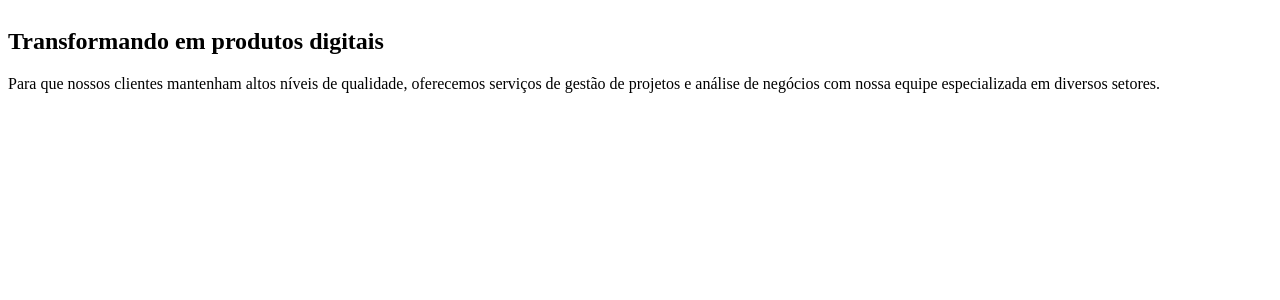
Repository: kleber-goncalves/Landing-Page-Gestao-de-projetos-dnc
Page: index.html
An editor plug-in stored every save of this project. The page is shown before and after a run of saves, followed by the edit.
The browser window is 1280 px wide. The pictures show the whole page.

Above is the page before, as saved 2025-01-04 14:27:56.

### index.html
<!DOCTYPE html>
<html lang="pt-br">
<head>
    <meta charset="UTF-8">
    <meta name="viewport" content="width=device-width, initial-scale=1.0">
    <link rel="stylesheet" href="style.css">
    <title>Document</title>
</head>
<body>
    <main>
        <section id="topo" >
            <div id="elemnt-topo">
                <h1>Transformando em produtos digitais</h1>
                <p>Para que nossos clientes mantenham altos níveis de qualidade, oferecemos serviços de gestão de projetos e análise de negócios com nossa equipe especializada em diversos setores.</p>
            </div>
        </section>
    </main>
</body>
</html>

### style.css
#topo {
    display:flex ;

}

After the next 5 saves:
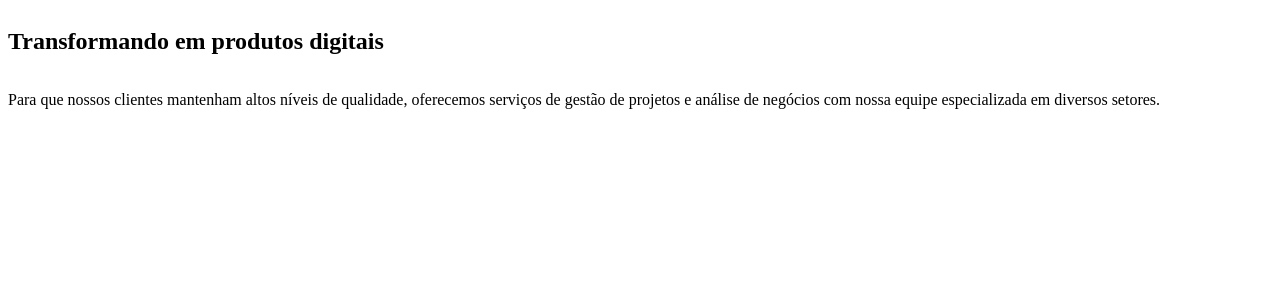
The 5 saves are shown as one change because they came seconds apart.
The last was saved 23 s later.
--- a/style.css
+++ b/style.css
@@ -1,4 +1,4 @@
-#topo {
+#elemnt-topo {
     display:flex ;
-
+    flex-direction: column;
 }

After the 3 saves that followed:
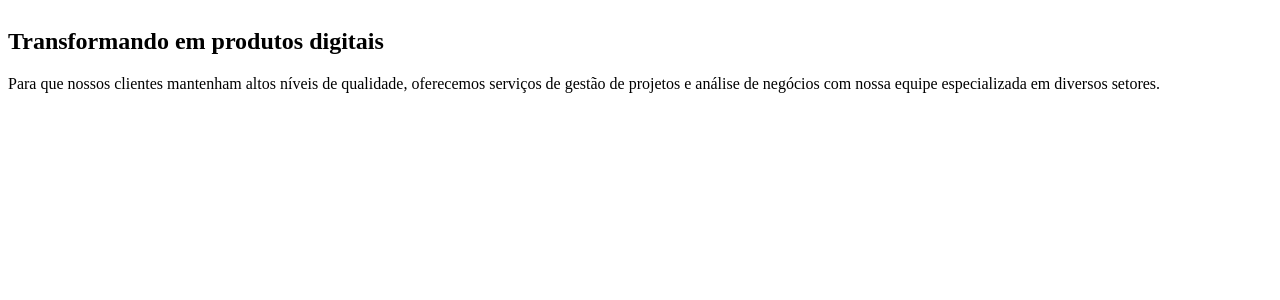
The 3 saves are shown as one change because they came seconds apart.
The last was saved 5 min 52 s later.
--- a/style.css
+++ b/style.css
@@ -1,4 +1,5 @@
-#elemnt-topo {
+#topo {
     display:flex ;
     flex-direction: column;
+
 }
